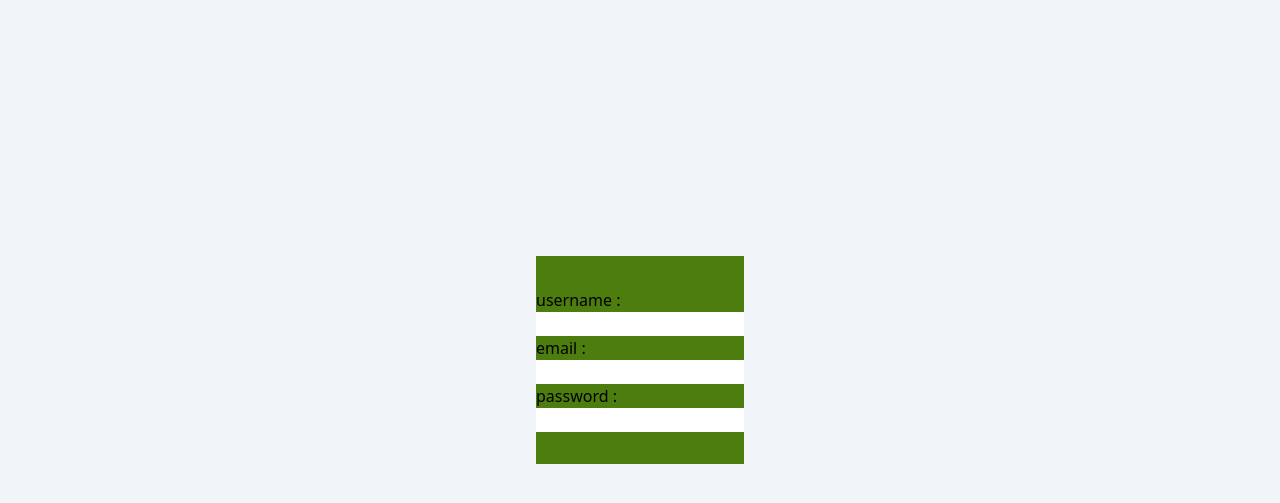
Repository: Emy-gold/alx-fe-reactjs
Page: / (app in form-handling-react/)
The author's editor kept a copy of each file at every save. The page is drawn from the files as they stood at one save, then again after the next save.
The browser window is 1280 px wide. The pictures show the whole page.
The project was rebuilt for these pictures with package versions that can differ from the ones it lists, and the page was loaded fresh each time. Also part of the build but not shown: form-handling-react/vite.config.js.

Above is the page before, as saved 2025-08-22 21:25:05.

After the next save:
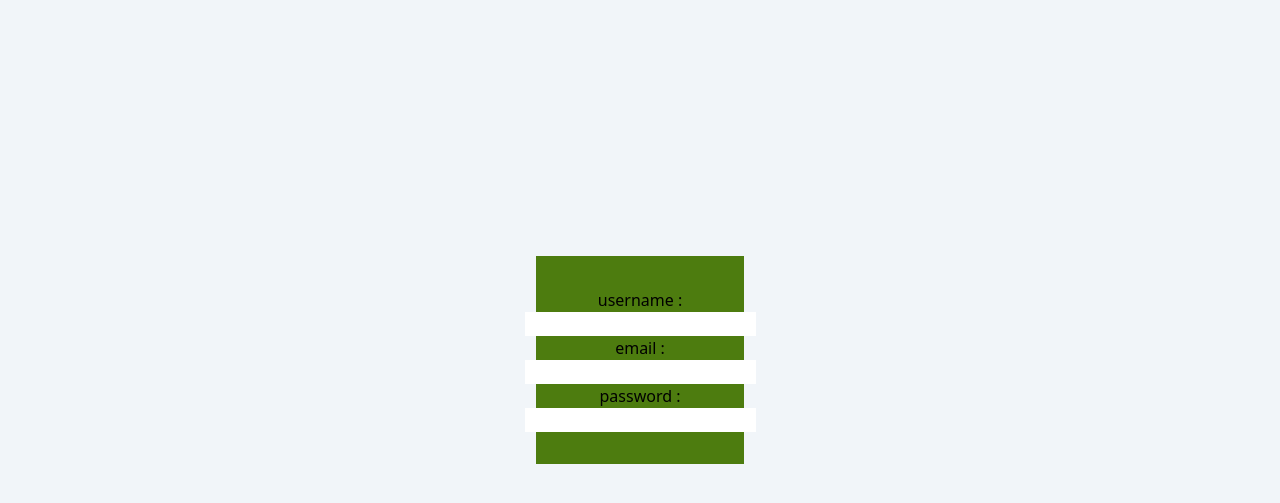
Saved 11 s later.
--- a/form-handling-react/src/components/RegistrationForm.jsx
+++ b/form-handling-react/src/components/RegistrationForm.jsx
@@ -17,7 +17,7 @@ function RegistrationForm() {
 
     return (
         <div className='flex w-full mx-auto h-screen justify-center items-center bg-slate-100'>
-            <form onSubmit={handleSubmit} className='flex flex-col justify-center align-middle bg-lime-700 w-52 h-52'>
+            <form onSubmit={handleSubmit} className='flex flex-col justify-center items-center bg-lime-700 w-52 h-52'>
                 <label>username :</label>
                 <input
                     type="text"
